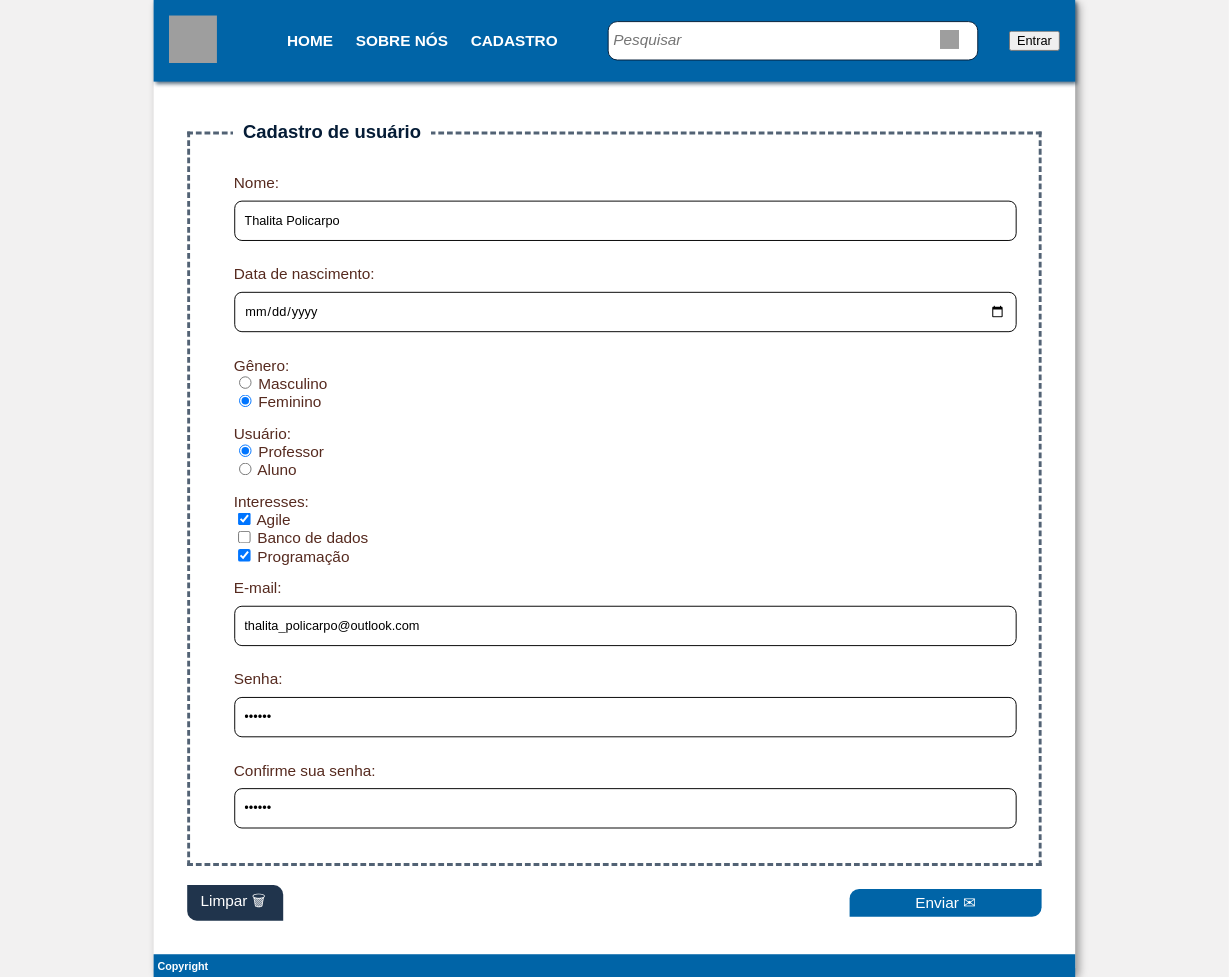
Repository: Thalita-Policarpo/Java_Web
Page: http://localhost/appcurso/WEB-INF/jsp/curso-Agile/cadastro.jsp
An editor plug-in stored every save of this project. The page is shown before and after the next save, followed by the edit.
The browser window is 1280 px wide. The pictures show the whole page, at 96% of full size.
Pictures or frames that could not be fetched are drawn as grey boxes. The page is served by Tomcat 9. Nobody is signed in. Other server files are loaded and not shown. The template is opened directly, without the code that normally fills it, so the values that code supplies are empty.

Above is the page before, as saved 2023-02-08 19:51:17.

### appcurso/appcurso/src/main/webapp/WEB-INF/jsp/curso-Agile/cadastro.jsp
<%@ page language="java" contentType="text/html; charset=UTF-8"
    pageEncoding="UTF-8"%>
<!DOCTYPE html>
<html>
<head>
<meta charset="UTF-8">
<title>Cadastro de Usuários</title>

<style type="text/css">

body {
    font-family: Arial, Helvetica, sans-serif;
    background-color: rgba(235, 233, 233, 0.616);
    margin: 0px;
    line-height: 1em;
    align-items: center;
}

#container{
    margin: auto;
    width: 960px;
    background-color: white;
    border-radius: 0px 0px 10px 10px;
    box-shadow: 4px 4px 9px 0px rgba(0, 0, 0, 0.384);
    position: relative;
}

header {
    margin: auto;
    border-radius: 8px 8px 0px 0px;
}

nav  figure  img {
    margin: 0;
    padding: 0;
    width: 50px;
    height: 50px;
}

nav figure{
    margin: 0;
    padding: 0;
}

nav {
    width: 100%;
    height: 85px;
    display: inline-flex;
    justify-content: space-around;
    align-items: center;
    background-color: #0064A7;
    padding: 0;
    box-shadow: 2px 2px 4px 0px #082640a8;
}

nav  ul  li{
    display: inline-flex;
    flex-direction: row;
}

nav  ul  li  a{
    text-decoration: none;
    color: white;
    font-weight: bold;
    margin-right: 1.2em;
}

nav a:hover{
    text-decoration: underline;
}

.form-busca{
    align-items: center;
    background-color:white;
    border:solid 1px #061F39;
    padding: 0;
    border-radius:10px;
    width:40%;
}

.form-input-busca{
    align-items: center;
    float:left;
    background-color:transparent;
    padding-left:5px;
    font-style:italic;
    font-size:16px;
    border:none;
    height:36px;
    width:86%;
}

.button-busca{
    width: 20px;
    height: 20px;
    padding: 8px;
}

figcaption {
    padding: 0 0.5em;
}

.cadastro {
    padding: 20px;
}

.cadastro p{
    color: #562a1f;
    font-family:'Poppins', sans-serif;
    font-size: 1em;
    text-align: left;
    padding: 0.5px;
}

.form-input-nome, .form-date-nascimento, .form-input-email, .form-input-senha{
    height: 40px;
    padding: 0px 10px;
    font-family: 'Poppins', sans-serif;
    font-weight: normal;
    width: 100%;
    border: solid 0.5px;
    border-radius: 08px;
    margin: 10px 0px;
}

.box-buttons{
    display: flex;
    flex-direction: row;
    justify-content: space-between;
    align-items: center;
}


.form-input-nome:hover, .form-date-nascimento:hover, .form-input-email:hover, .form-input-senha:hover{
    background-color:rgba(183, 241, 245, 0.288);
}
fieldset{
    padding: 10px 45px;
    text-align: left;
    border: 3px dashed #051c36b0;
    margin: 15px;
}
legend{
    padding: 10px;
    color: #051C36;
    font-weight: bold;
    font-family: 'Changa', sans-serif;
    font-size: 1.2em;
}
.btn-enviar{
    background-color: #0064A7;
    font-size: 1em;
    color: white;
    border: none;
    border-radius: 10px 0px;
    min-width: 200px;
    max-width: 40%;
    padding: 5px;
    margin: 5px 15px;

}
.btn-enviar:hover{
    text-decoration: underline;
}
.btn-enviar:active{
    background-color: rgb(65, 182, 91);
    font-size: 1.1em;
}

.btn-limpar{
    background-color:#051c36e3;
    font-size: 1em;
    color: white;
    border: none;
    border-radius: 0px 10px;
    min-width: 100px;
    max-width: 15%;
    padding: 5px;
    margin: 5px 15px;

}

.btn-limpar:hover{
    text-decoration: underline;
}
.btn-limpar:active{
    background-color: #049DBF;
    font-size: 1.1em;
}

footer {
    clear: both;
    background-color: #0064A7;
    color: white;
    padding: 4px;
    margin: 0px;
    margin-top: 10px;
}
footer > p {
    margin: 0px;
    font-size: 0.7em;
    font-weight: bold;
    color: white;
}
</style>
</head>
<body>
	<div id="container">
	<header>
            <nav>
                <figure>
                    <img src="image/figure.png" alt="logo da App Cursos" title="logo da App Cursos">
                </figure>
                <ul>
                    <li><a href="/" title="HOME">HOME</a></li>
                    <li><a href=" " title="SOBRE NÓS">SOBRE NÓS</a></li>
                    <li><a href="/usuario" title="CADASTRO">CADASTRO</a></li>
                </ul>

                <form action="" class="form-busca">
                    <input type="text" class="form-input-busca" placeholder="Pesquisar"/>
                    <img src="image/search.png" class="button-busca" alt="Buscar"/>
                </form>
                <button class="entrar">Entrar</button>
            </nav>
        </header>
		<main>
			<form class="cadastro" method="post" action="/usuario/incluir" autocomplete="on">
				<fieldset>
					<legend>Cadastro de usuário</legend>
					<p>
						<label for="nome">Nome:</label>
						<input type="text" class="form-input-nome" name="nome" value="Thalita Policarpo" placeholder="Nome completo" required minlength="5" autocomplete="name">
					</p>
                    <p>
                        <label for="nascimento">Data de nascimento:</label>
                        <input type="date" class="form-date-nascimento" name="nascimento" required value="">
                    </p>
                    <article class="checked">
                        <p>
                            <label for="genero">Gênero:</label> <br>

                            <input type="radio" class="form-radio-genero" name="genero" value="Masculino" > Masculino <br>
                            <input type="radio" class="form-radio-genero" name="genero" value="Feminino"  checked> Feminino
                        </p>

                        <p>
                            <label for="tipoUsuario">Usuário:</label><br>
                            <input type="radio" class="form-radio-tipoUsuario" name="tipoUsuario" value="Professor" checked> Professor <br>
                            <input type="radio" class="form-radio-tipoUsuario" name="tipoUsuario" value="Aluno"> Aluno
                        </p>

                        <p>
                            <label for="interesses">Interesses:</label><br>
                            <input type="checkbox" class="form-check-interesses" name="interesses" value="Agile"  checked> Agile <br>
                            <input type="checkbox" class="form-check-interesses" name="interesses" value="Banco de Dados" > Banco de dados <br>
                            <input type="checkbox" class="form-check-interesses" name="interesses" value="Programação" checked> Programação
                        </p>

                    </article>
                    <p>
                        <label for="email">E-mail:</label>
                        <input type="email" class="form-input-email" name="email" value="thalita_policarpo@outlook.com" placeholder="exemplo@exmail.com.br" pattern="[a-z0-9._%+-]+@[a-z0-9.-]+\.[a-z]{2,3}$" required autocomplete="email">
                    </p>
                    <p>
                        <label for="senha">Senha:</label>
                        <input type="password" class="form-input-senha" name="senha" value="123456" placeholder="Digite sua senha (mínimo 8 letras)" required minlength="6" maxlength="10" autocomplete="new-password" >
                    </p>
                    <p>
                        <label for="confirmarSenha">Confirme sua senha:</label>
                        <input type="password" class="form-input-senha" name="confirmarSenha" value="123456" placeholder="Digite novamente sua senha" required maxlength="10" autocomplete="new-password" >
                    </p>
				</fieldset>
                        <article class="box-buttons">
                            <input type="reset"  class="btn-limpar" value="Limpar &#128465; ">
                            <input type="submit" class="btn-enviar" value="Enviar &#9993;">
                        </article>
			</form>
		</main>
        <footer>
            <p>
                Copyright
            </p>
        </footer>
	</div>
</body>
</html>

After the next save:
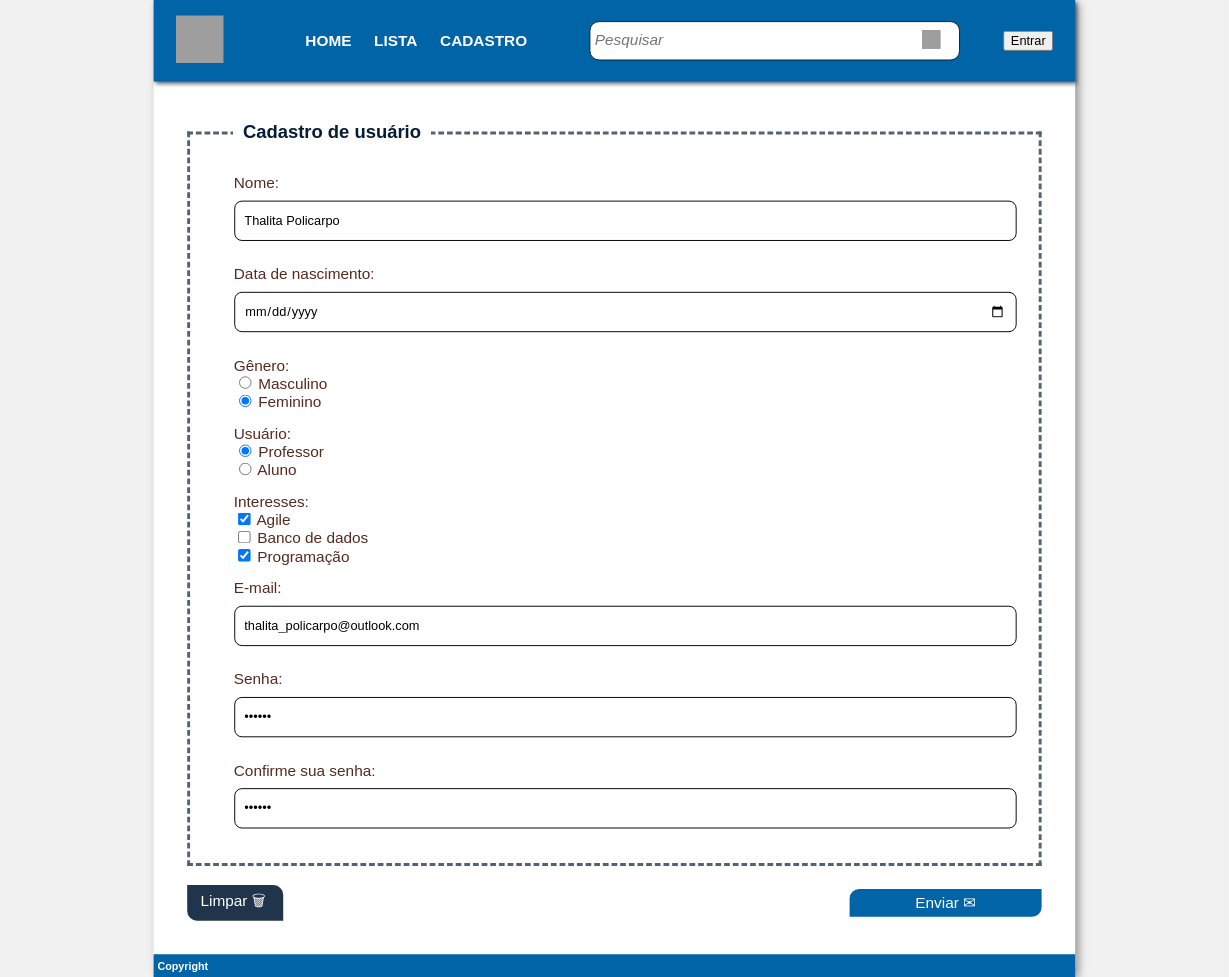
Saved 46 h 35 min later.
--- a/appcurso/appcurso/src/main/webapp/WEB-INF/jsp/curso-Agile/cadastro.jsp
+++ b/appcurso/appcurso/src/main/webapp/WEB-INF/jsp/curso-Agile/cadastro.jsp
@@ -213,7 +213,7 @@ footer > p {
                 </figure>
                 <ul>
                     <li><a href="/" title="HOME">HOME</a></li>
-                    <li><a href=" " title="SOBRE NÓS">SOBRE NÓS</a></li>
+                    <li><a href="/lista" title="SOBRE NÓS">LISTA</a></li>
                     <li><a href="/usuario" title="CADASTRO">CADASTRO</a></li>
                 </ul>
 
